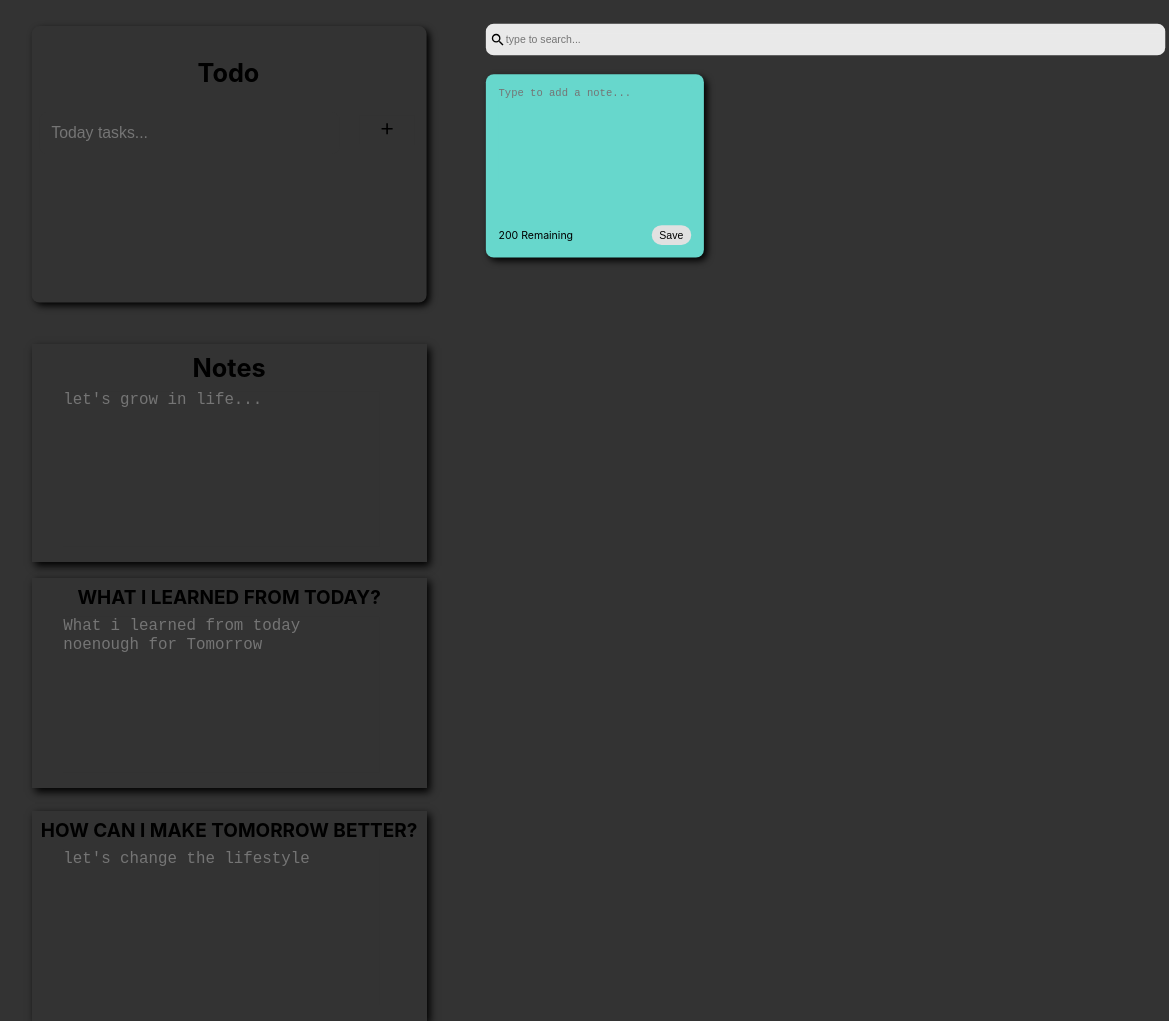
Repository: subhamRsahoo/note
Page: /
An editor plug-in stored every save of this project. The page is shown before and after the next save, followed by the edit.
The browser window is 1280 px wide. The page is 1480 px wide, so the pictures cover 1480 px, including what lies to the right of the window. The pictures show the whole page, at 79% of full size.
The pointer rests on the first visible `.note`.
The project was rebuilt for these pictures with package versions that can differ from the ones it lists, and the page was loaded fresh each time. Also part of the build but not shown: src/components/New folder/components/Note.js.

Above is the page before, as saved 2021-07-15 18:08:50.

After the next save:
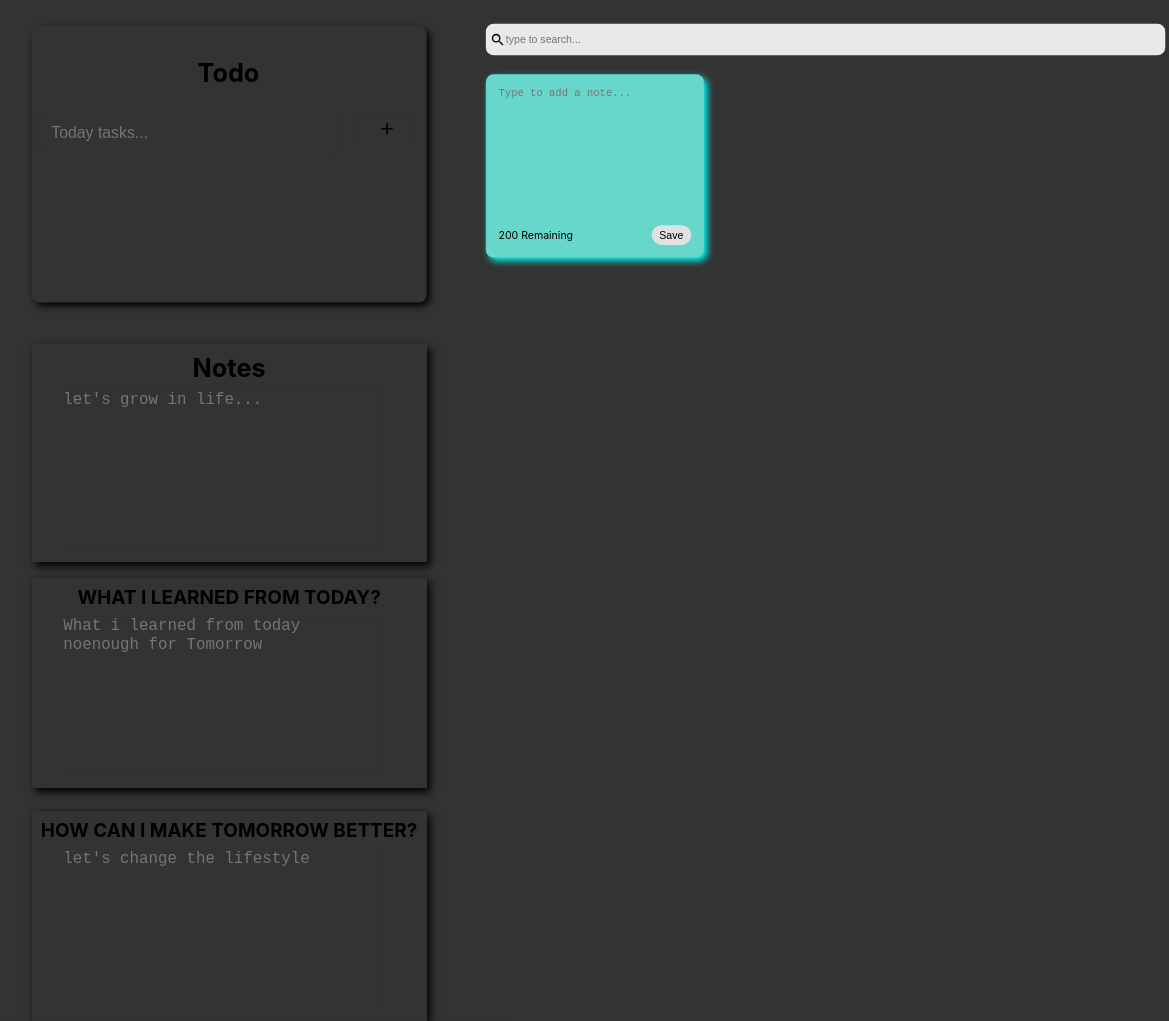
Saved 24 s later.
--- a/src/components/New folder/index.css
+++ b/src/components/New folder/index.css
@@ -82,7 +82,7 @@ textarea:focus {
 
 .note:hover
 {
-	box-shadow: 4px 4px 10px #000;
+	box-shadow: 4px 4px 10px aqua;
 }
 
 .note-footer {
